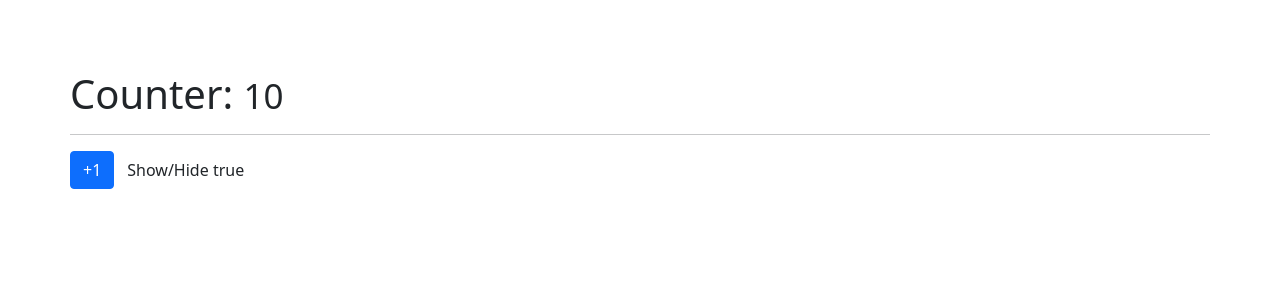
Repository: FlamesAlejandro/practicaReact
Page: /
An editor plug-in stored every save of this project. The page is shown before and after the next save, followed by the edit.
The browser window is 1280 px wide. The pictures show the whole page.
The project was rebuilt for these pictures with package versions that can differ from the ones it lists, and the page was loaded fresh each time.

Above is the page before, as saved 2021-06-02 20:51:01.

After the next save:
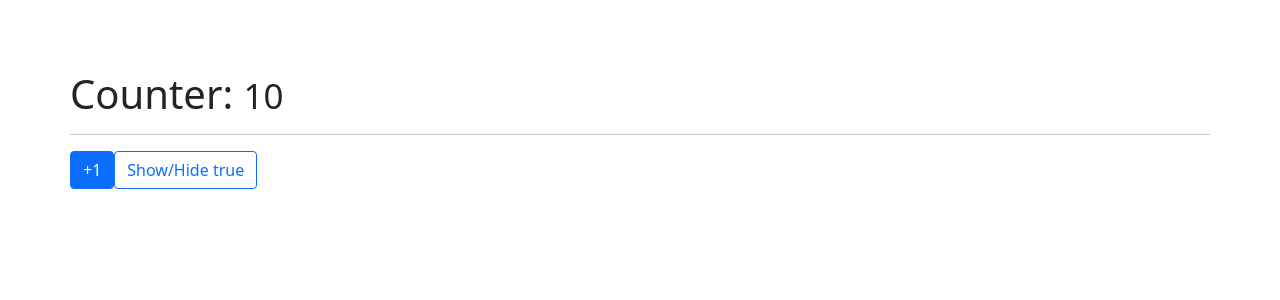
Saved 4 s later.
--- a/src/components/06-memos/Memorize.js
+++ b/src/components/06-memos/Memorize.js
@@ -22,7 +22,7 @@ export const Memorize = () => {
             </button>
 
             <button
-                className="btn btn-outline"
+                className="btn btn-outline-primary margin"
                 onClick={ increment }
             >
                 Show/Hide { JSON.stringify( show ) }
